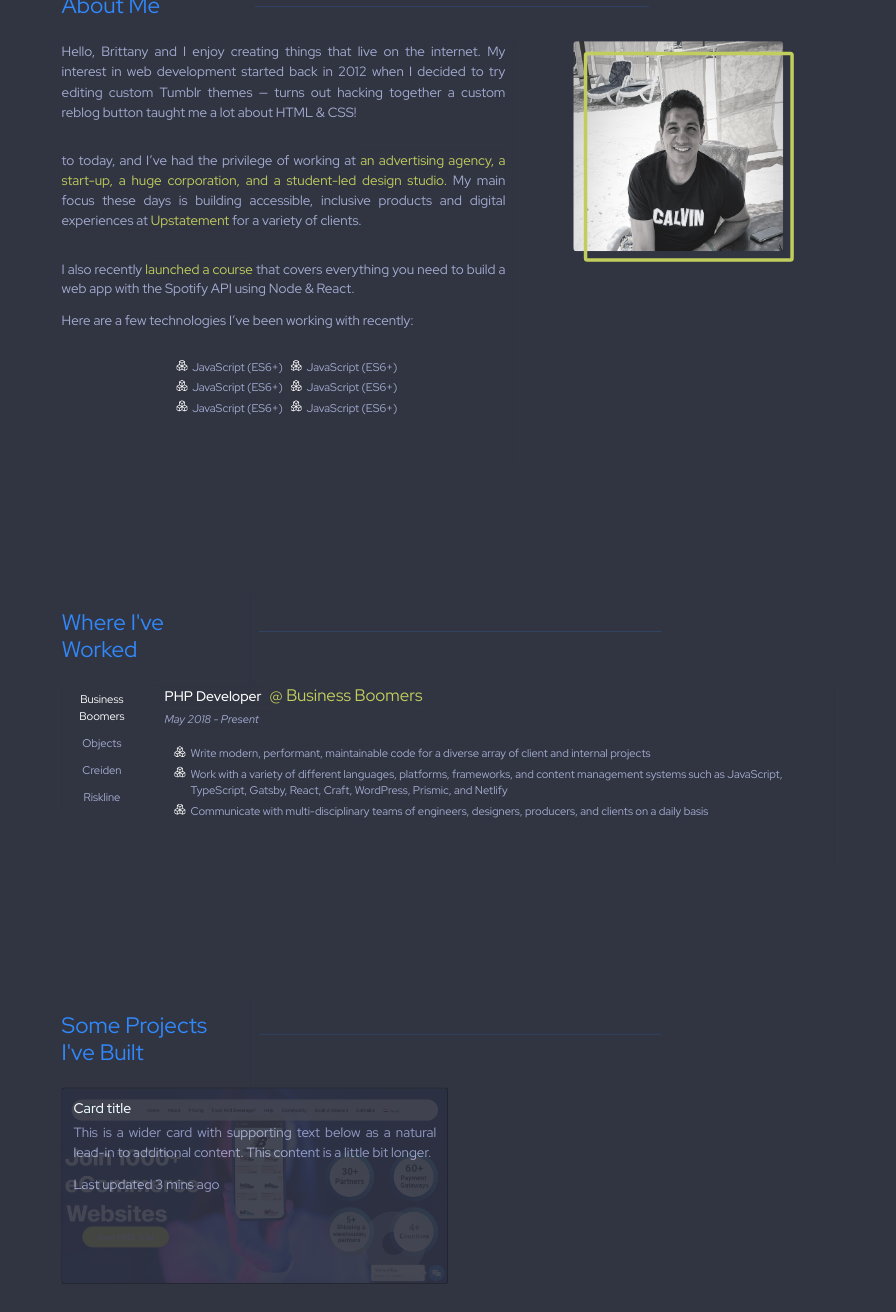
Repository: aya7abbal/Talaat-s-Portfolio
Page: index.html
These files come from the project's save history. The page is drawn as it stood at one moment and after the next save; the edit follows.
The browser window is 1280 px wide. The pictures show the part of the page from y = 897 to 2817 px (the page is 2771 px tall before and 2817 px after), at 70% of full size.
Some web libraries are served in a nearby version. The style sheet was rebuilt from its Sass, Less or Tailwind sources for each picture, by a compiler version that may differ from the author's.

Above is the page before, as saved 2022-02-07 18:54:03.

After the next save:
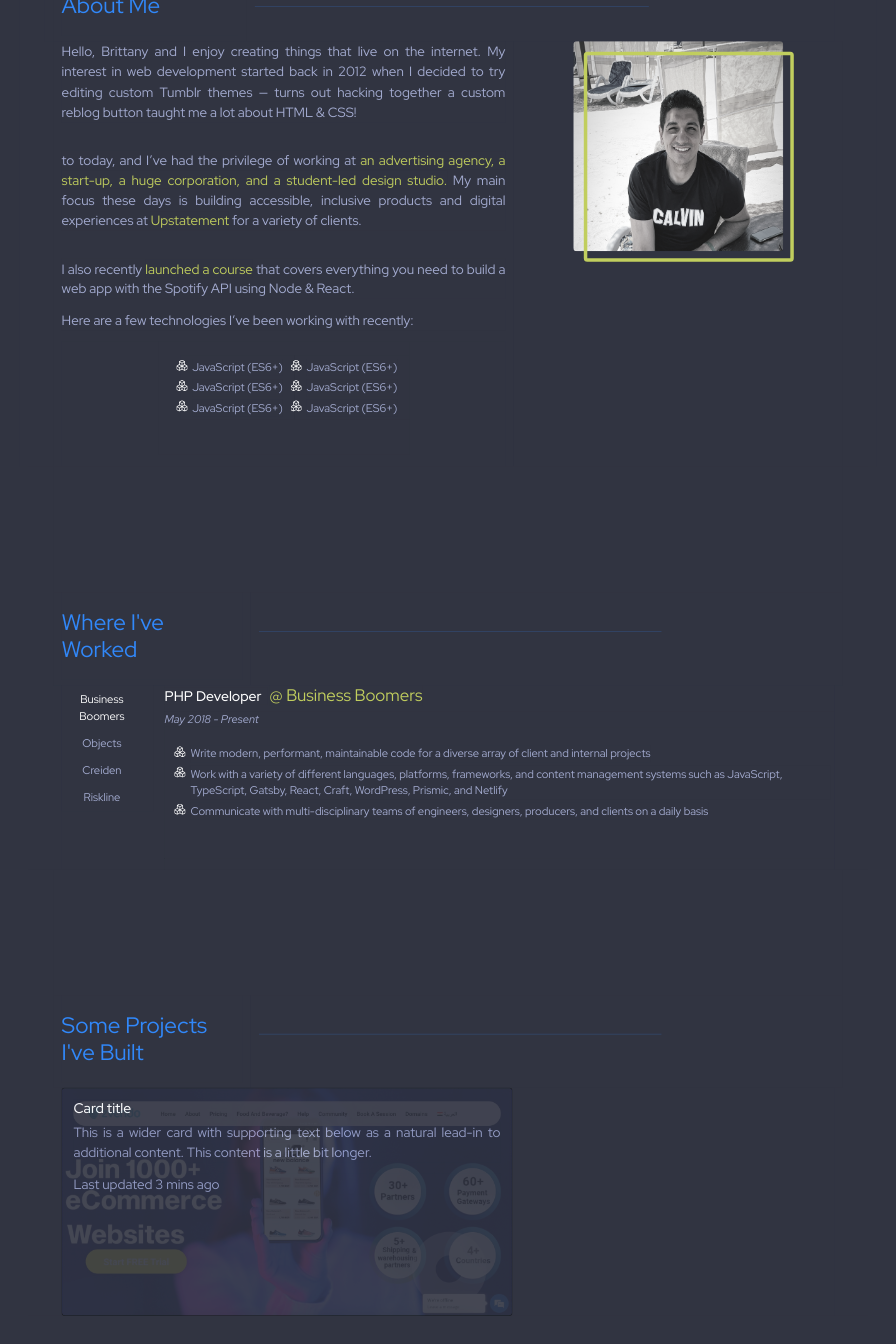
Saved 8 s later.
--- a/index.html
+++ b/index.html
@@ -447,7 +447,7 @@
         </div>
 
         <div class="project-card">
-          <div class="card bg-dark text-white col-md-6">
+          <div class="card bg-dark text-white col-md-7">
             <img src="./images/project-1.jpeg" class="card-img" alt="...">
             <div class="card-img-overlay">
               <h5 class="card-title">Card title</h5>
